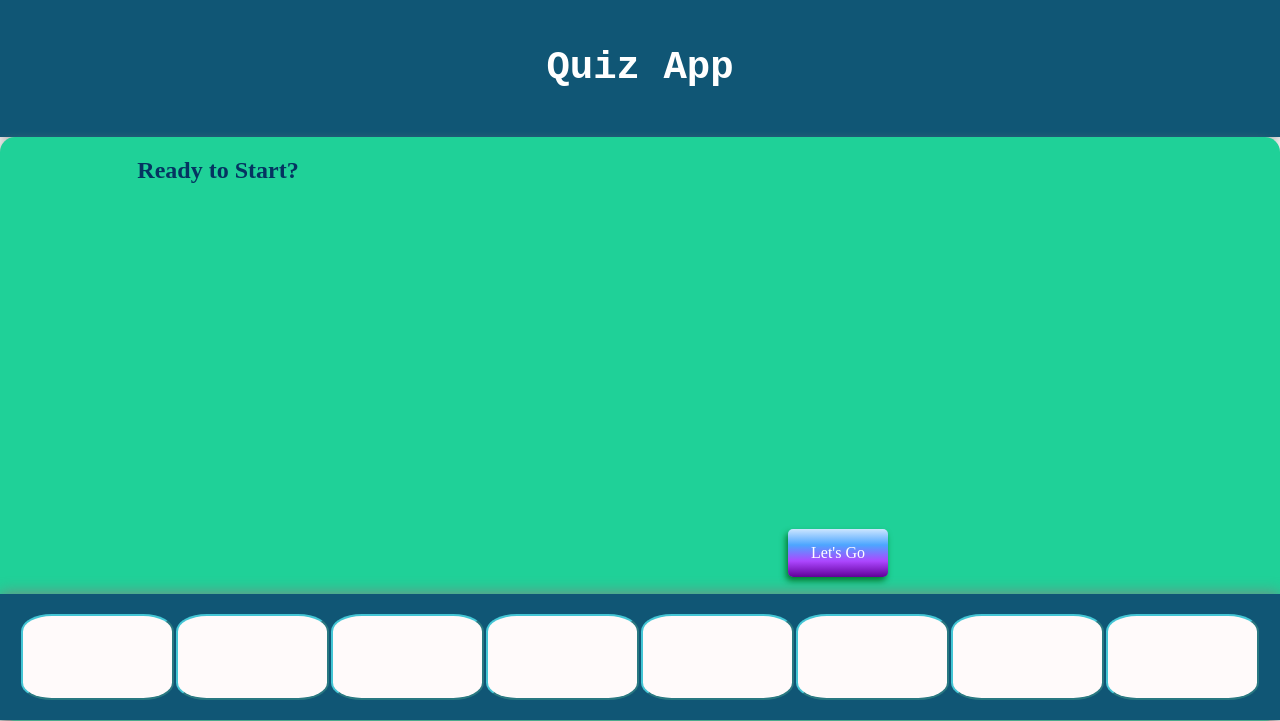
Repository: tpic12/quiz_app
Page: index.html
An editor plug-in stored every save of this project. The page is shown before and after the next save, followed by the edit.
The browser window is 1280 px wide. The pictures show the whole page.

Above is the page before, as saved 2019-12-28 15:53:33.

After the next save:
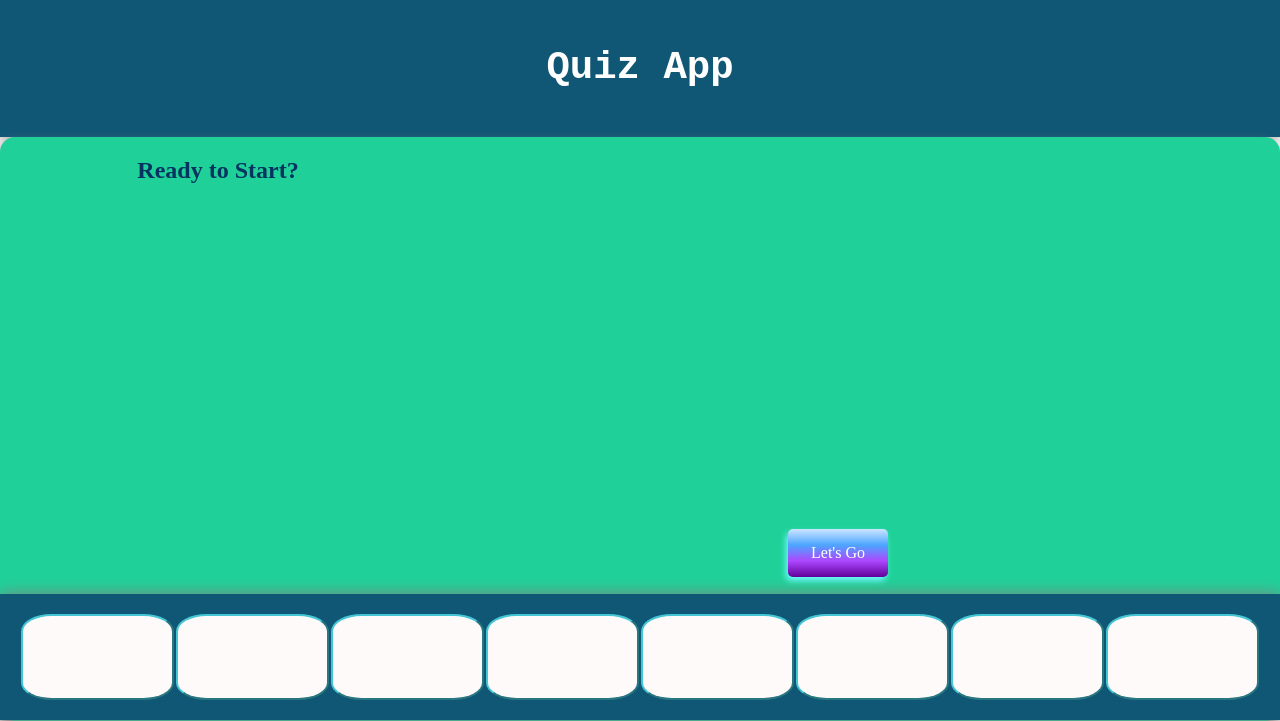
Saved 17 s later.
--- a/app.css
+++ b/app.css
@@ -59,7 +59,7 @@ button {
   min-width: 100px;
   border-radius: 5px;
   padding: 15px;
-  box-shadow: -2px 4px 6px hsl(142, 98%, 24%);
+  box-shadow: -2px 4px 6px hsl(182, 100%, 72%);
 }
 
 .main_card > form#qForm {
